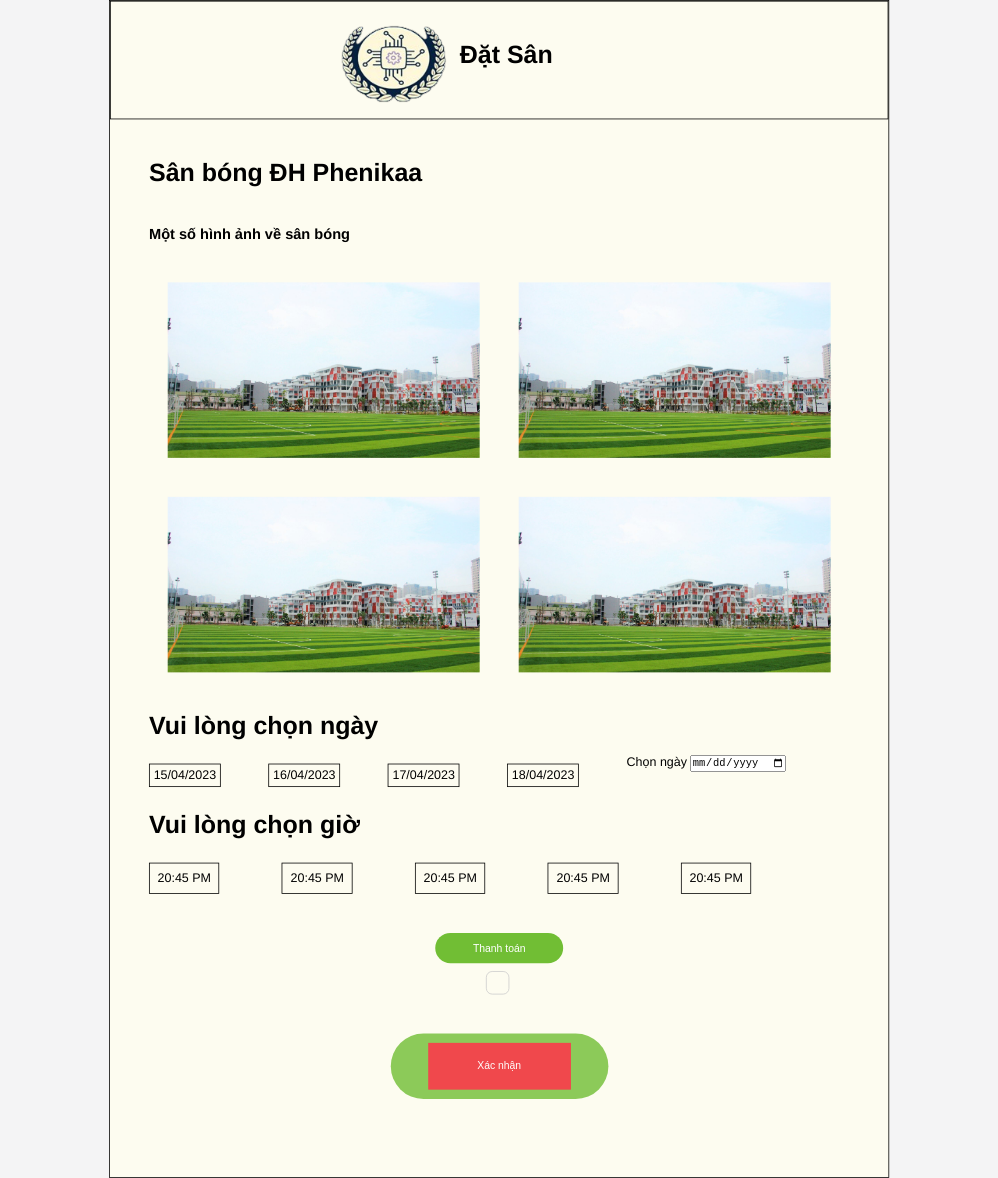
Repository: tus3300/BTL
Page: code/tacket.html
An editor plug-in stored every save of this project. The page is shown before and after the next save, followed by the edit.
The browser window is 1280 px wide. The pictures show the whole page, at 78% of full size.
The pointer rests on the first visible `.check-ticket button`.

Above is the page before, as saved 2023-05-21 00:27:41.

After the next save:
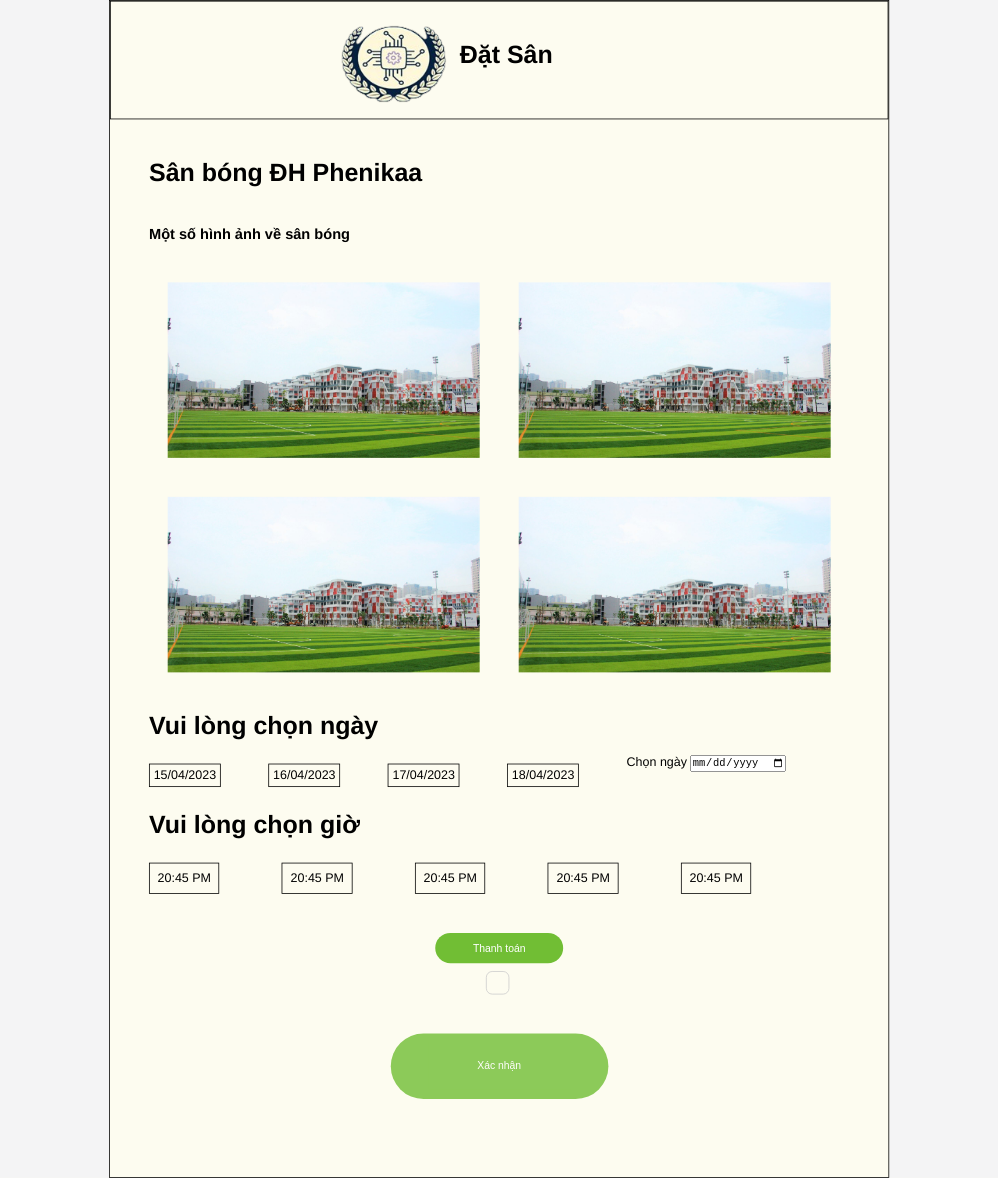
Saved 5 s later.
--- a/code/css/test.css
+++ b/code/css/test.css
@@ -302,7 +302,6 @@
 
 }
 .check-ticket button:hover {
-  background-color: #ED1C24;
   text-decoration: none;
   color:#fff;
 }
